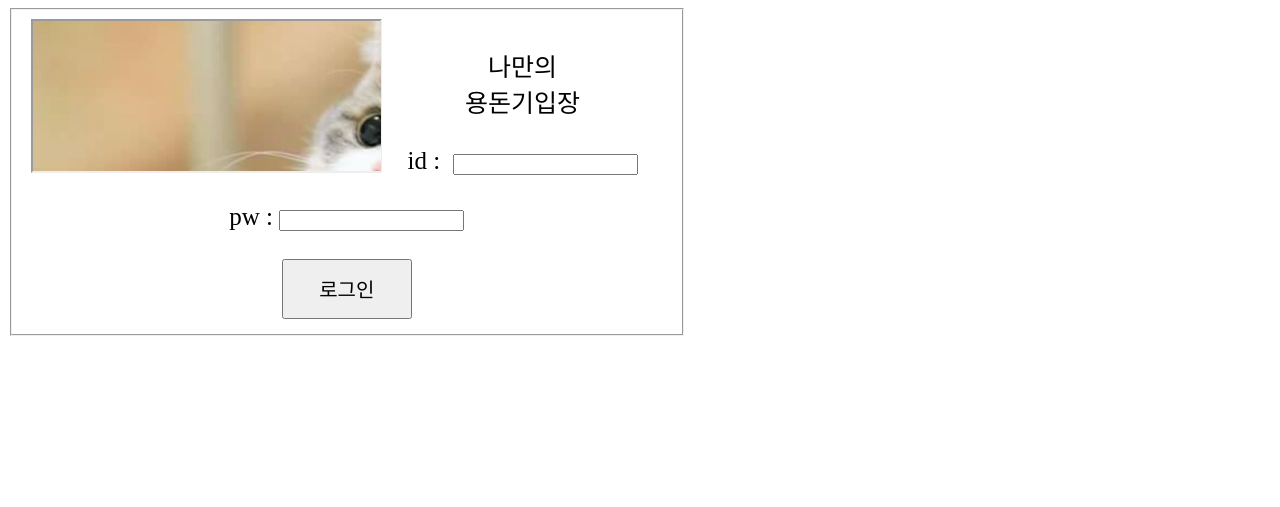
Repository: hus0124/M-IT
Page: JSP_Workspaces/pocketMoneyDiary/WebContent/index.html
These files come from the project's save history. The page is drawn as it stood at one moment and after the next save; the edit follows.
The browser window is 1280 px wide. The pictures show the whole page.

Above is the page before, as saved 2020-01-03 00:34:41.

After the next save:
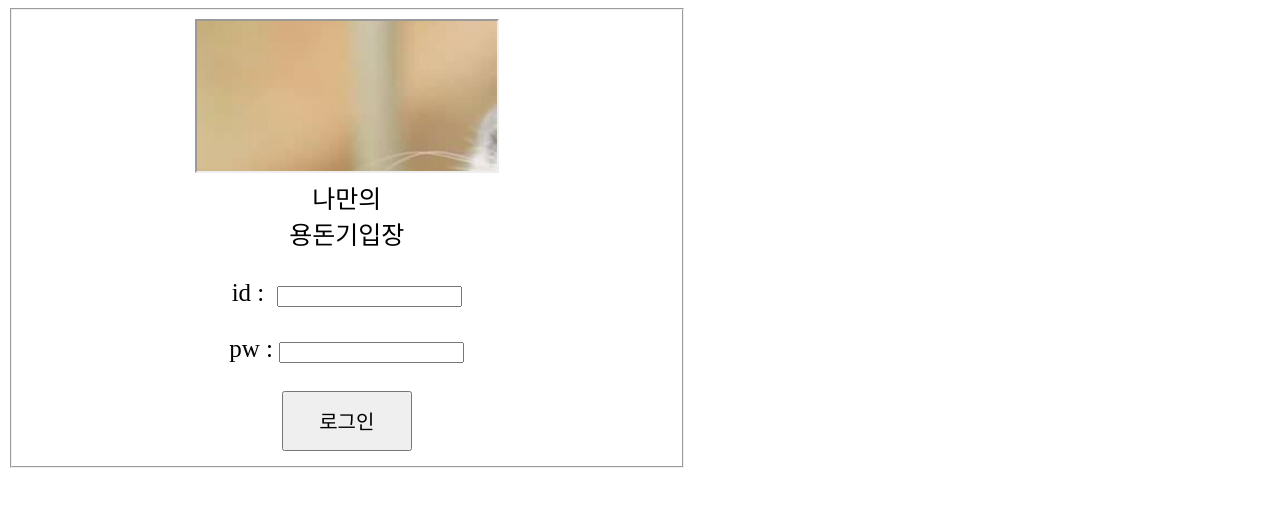
Saved 25 s later.
--- a/JSP_Workspaces/pocketMoneyDiary/WebContent/index.html
+++ b/JSP_Workspaces/pocketMoneyDiary/WebContent/index.html
@@ -18,7 +18,7 @@ input[type=submit] {width:auto;}
 	<form action="result.jsp" method="get">
 
 
-		<iframe src="catmoney.png" style="width:55%; height:auto; float:left"></iframe>
+		<iframe src="catmoney.png"></iframe>
 		<br><div id="title">나만의<br>용돈기입장</div><br>
 		id :&nbsp;&nbsp;<input type="text" name = "id"><br><br>
 		pw : <input type="text" name = "pw"><br><br>
